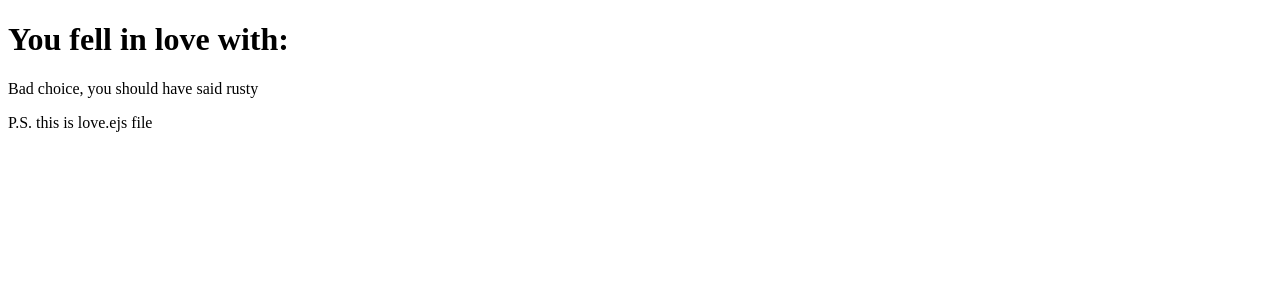
Repository: JoseSM1598/WebAppProjects
Page: MoreExpress/EJSDemo/views/love.ejs
The author's editor kept a record of every edit. The page is drawn from the files as they stood at one moment, then again after the next edit.
The browser window is 1280 px wide. The pictures show the whole page.
The page is served by the project's Node server (MoreExpress/EJSDemo/app.js). The template is opened directly, without the code that normally fills it, so the values that code supplies are empty.

Above is the page before.

After the next edit:
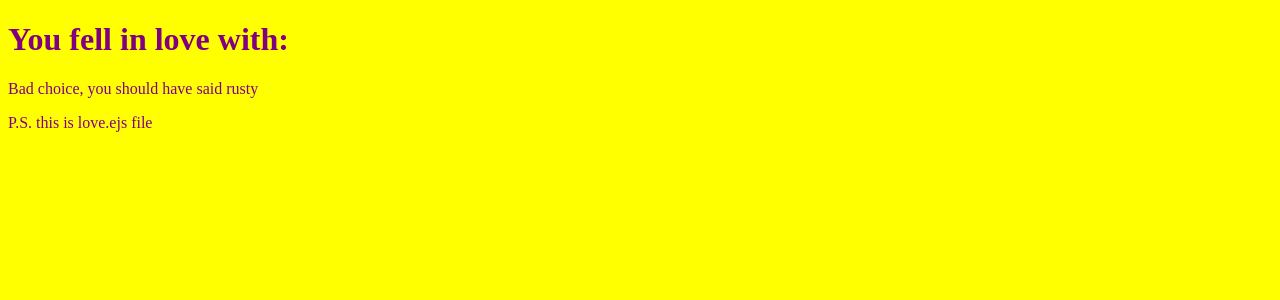
The edit:
--- a/MoreExpress/EJSDemo/views/love.ejs
+++ b/MoreExpress/EJSDemo/views/love.ejs
@@ -2,8 +2,15 @@
 <html>
     <head>
         <title>Demo App</title>
+        <link rel = "stylesheet" href = "app.css" </link>
+    </head>
+    <body>
 
-    </head>
+
+
+
+
+    </body>
 </html>
 
 
